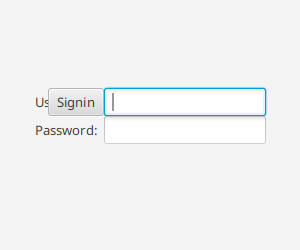
Repository: naveen-webonise/Webonator-Assignments
Program's window: java JavaAssignment/javafx/FXMLExample/FXMLExample.java
These files come from the project's save history. The program's window is drawn as it stood at one moment and after the next save; the edit follows.
It runs on Java 21 on a 1366 x 768 screen with JavaFX 11; the title bar is not drawn.

Above is the program's window before, as saved 2015-02-06 09:24:35.

### JavaAssignment/javafx/FXMLExample/FXMLExample.java
package application;

import javafx.application.Application;
import javafx.fxml.FXMLLoader;
import javafx.scene.Parent;
import javafx.scene.Scene;
import javafx.stage.Stage;

public class FXMLExample extends Application{

	public static void main(String[] args){
		launch(args);
	}
	@Override
	public void start(Stage primaryStage) throws Exception {
		Parent root = FXMLLoader.load(getClass().getResource("fxml_example.fxml"));

		Scene scene = new Scene(root,300,250);

		primaryStage.setTitle("Welcome");
		primaryStage.setScene(scene);
		primaryStage.show();

	}



}

### JavaAssignment/javafx/FXMLExample/src/application/FXMLExampleController.java
package application;

import javafx.event.ActionEvent;
import javafx.fxml.FXML;
import javafx.scene.text.Text;

public class FXMLExampleController {

	@FXML private Text actiontarget;

	@FXML protected void handleSubmitButtonAction(ActionEvent event){
		actiontarget.setText("Naveen Can Sign in");
	}
}

### JavaAssignment/javafx/FXMLExample/src/application/fxml_example.fxml
<?xml version="1.0" encoding="UTF-8"?>

<?import java.net.*?>
<?import javafx.geometry.*?>
<?import javafx.scene.control.*?>
<?import javafx.scene.layout.*?>
<?import javafx.scene.text.*?>

<GridPane fx:controller="application.FXMLExampleController"
	xmlns:fx="http://javafx.com/fxml" alignment="center">
	<Label text="UserName:" GridPane.columnIndex="0"
		GridPane.rowIndex="0"/>
	<TextField GridPane.columnIndex="1" GridPane.rowIndex="0"/>
	<Label text="Password:" GridPane.columnIndex="0"
		GridPane.rowIndex="1"/>
	<PasswordField fx:id="passwordField" GridPane.columnIndex="1" GridPane.rowIndex="1"/>
	<HBox alignment="bottom_right"><Button text="Signin" onAction="#handleSubmitButtonAction"/></HBox>

	<Text fx:id="actiontarget" GridPane.columnIndex="1" GridPane.rowIndex="3"/>
</GridPane>

After the next save:
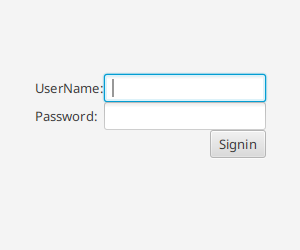
Saved 83 s later.
--- a/JavaAssignment/javafx/FXMLExample/src/application/fxml_example.fxml
+++ b/JavaAssignment/javafx/FXMLExample/src/application/fxml_example.fxml
@@ -14,7 +14,8 @@
 	<Label text="Password:" GridPane.columnIndex="0"
 		GridPane.rowIndex="1"/>
 	<PasswordField fx:id="passwordField" GridPane.columnIndex="1" GridPane.rowIndex="1"/>
-	<HBox alignment="bottom_right"><Button text="Signin" onAction="#handleSubmitButtonAction"/></HBox>
+	<HBox alignment="bottom_right" GridPane.columnIndex="1" GridPane.rowIndex="3">
+	<Button text="Signin" onAction="#handleSubmitButtonAction"/></HBox>
 
-	<Text fx:id="actiontarget" GridPane.columnIndex="1" GridPane.rowIndex="3"/>
+	<Text fx:id="actiontarget" GridPane.columnIndex="1" GridPane.rowIndex="4"/>
 </GridPane>
